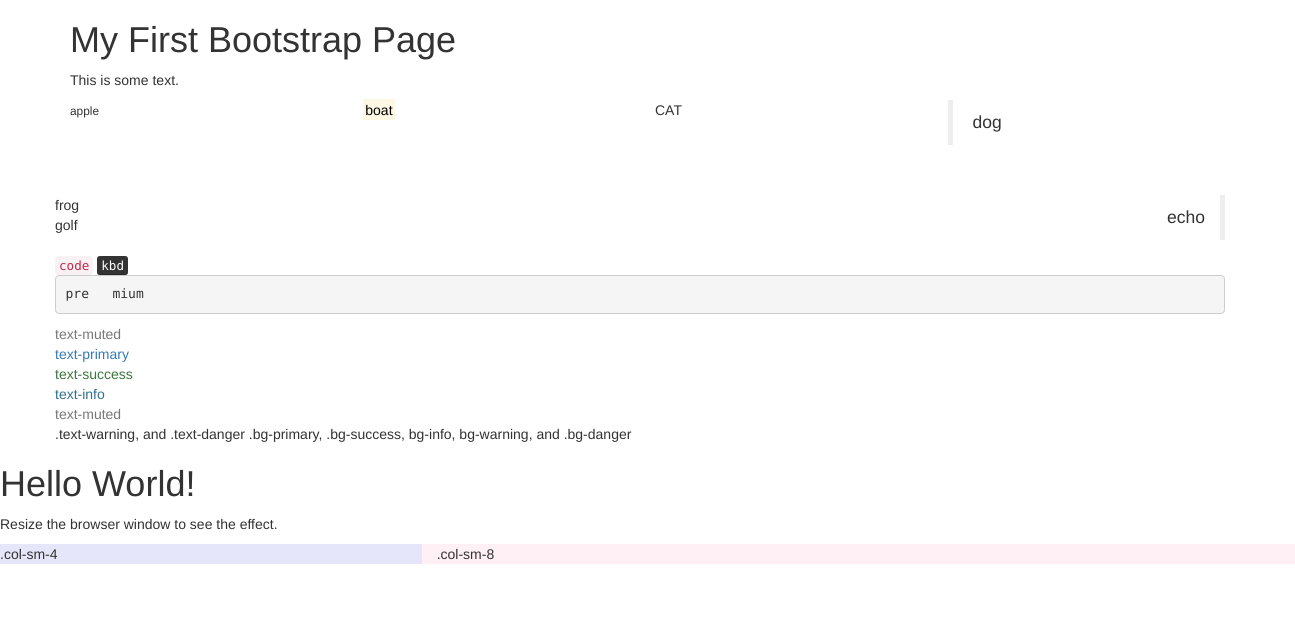
Repository: jksfoTemp/HTML5
Page: bootstrap/bootstrap1.html
The author's editor kept a record of every edit. The page is drawn from the files as they stood at one moment, then again after the next edit.
The browser window is 1280 px wide. The page is 1295 px wide, so the pictures cover 1295 px, including what lies to the right of the window. The pictures show the whole page.

Above is the page before.
Console error (its wording comes from the project's code and is left out).

After the next edit:
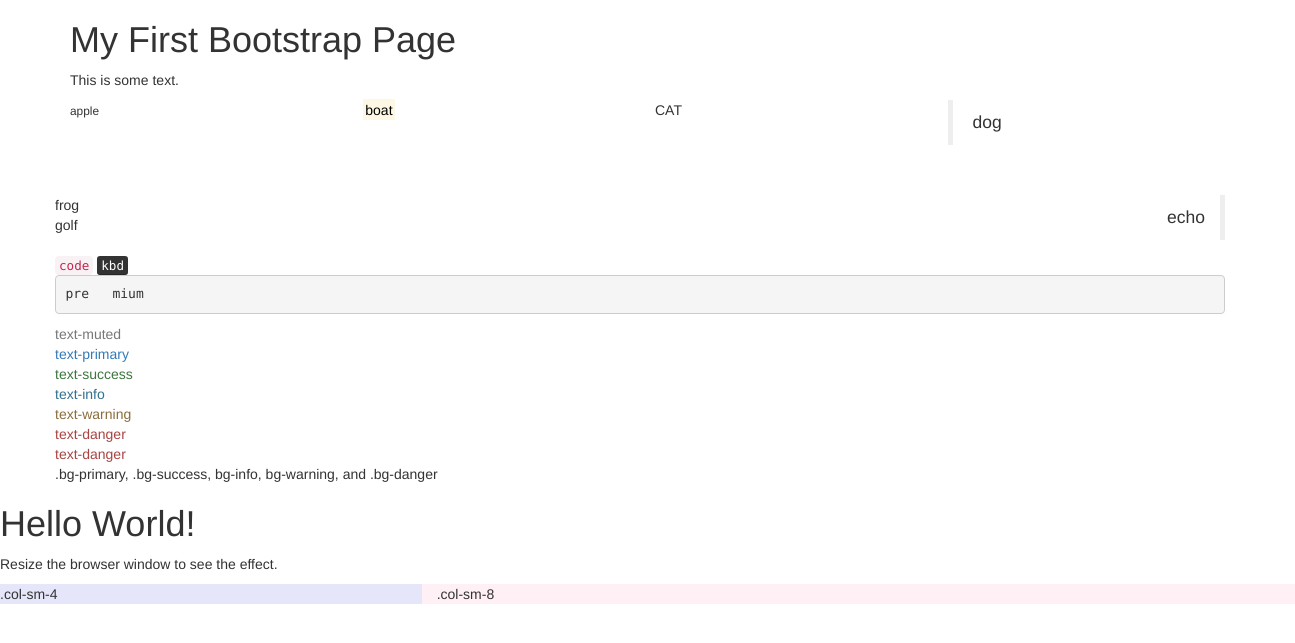
The edit:
--- a/bootstrap/bootstrap1.html
+++ b/bootstrap/bootstrap1.html
@@ -41,9 +41,11 @@
             <div class="text-primary">text-primary</div>
             <div class="text-success">text-success</div>
             <div class="text-info">text-info</div>
-            <div class="text-muted">text-muted</div>
+            <div class="text-warning">text-warning</div>
+            <div class="text-danger">text-danger</div>
 
-            .text-warning, and .text-danger
+            <div class="text-danger">text-danger</div>
+
 
             .bg-primary, .bg-success, bg-info, bg-warning, and .bg-danger
 
